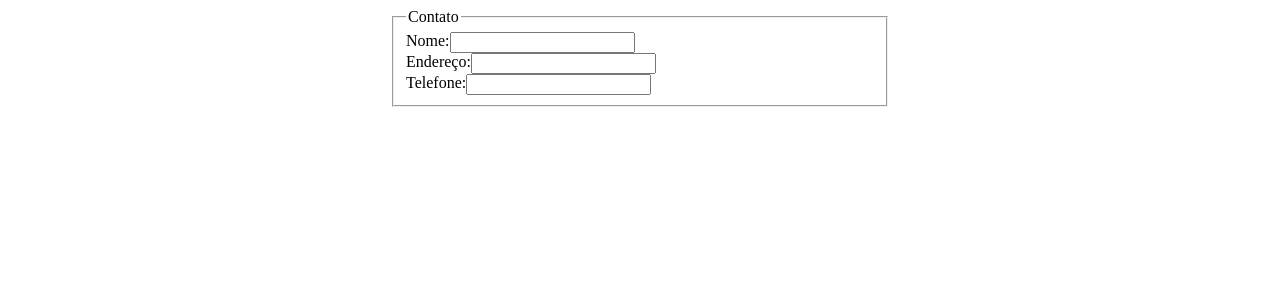
Repository: daniloserafim/trilha-backend-senai
Page: exemploServlet/WebContent/contato.html
These files come from the project's save history. The page is drawn as it stood at one moment and after the next save; the edit follows.
The browser window is 1280 px wide. The pictures show the whole page.

Above is the page before, as saved 2022-05-31 22:48:55.

### exemploServlet/WebContent/contato.html
<!DOCTYPE html>
<html>
<head>
<meta charset="ISO-8859-1">
<title>Insert title here</title>
<link rel="stylesheet" type="text/css" href="style.css">
</head>
<body>
	<form>
		<fieldset>
			<legend>Contato</legend>
			<div class="form-box">
				<div class="nome-box item-box">
					<div class="nome-title">
						<label>Nome:</label>
					</div>
					<div class="nome-input">
						<input required>
					</div>
				</div>
				<div class="endereco-box item-box">
					<div class="endereco-title">
						<label>Endereço:</label>
					</div>
					<div class="endereco-input">
						<input required>
					</div>
				</div>
				<div class="telefone-box item-box">
					<div class="telefone-title">
						<label>Telefone:</label>
					</div>
					<div class="telefone-input">
						<input required>
					</div>
				</div>

			</div>
		</fieldset>
	</form>
</body>
</html>

### exemploServlet/WebContent/style.css
@charset "ISO-8859-1";


body {
	display: flex;
	justify-content: center;
	align-items: center;
}

form {
	width: 500px;
}

.item-box {
	display: flex;
	flex-direction: row;
}

After the next save:
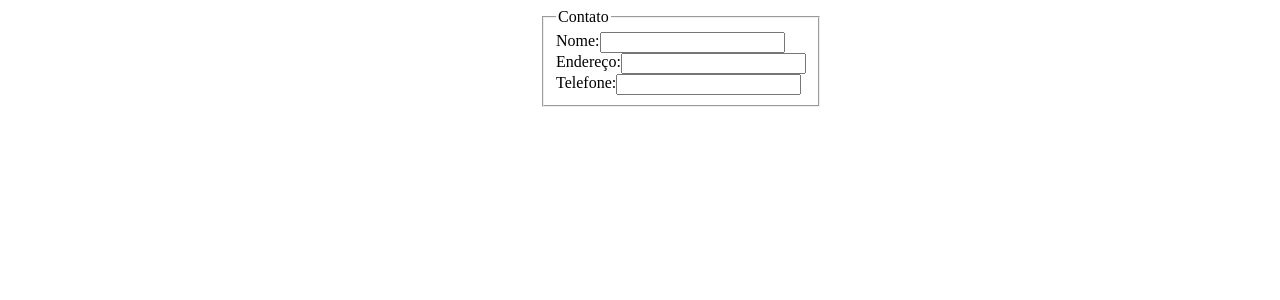
Saved 7 s later.
--- a/exemploServlet/WebContent/style.css
+++ b/exemploServlet/WebContent/style.css
@@ -8,7 +8,7 @@ body {
 }
 
 form {
-	width: 500px;
+	width: 200px;
 }
 
 .item-box {
